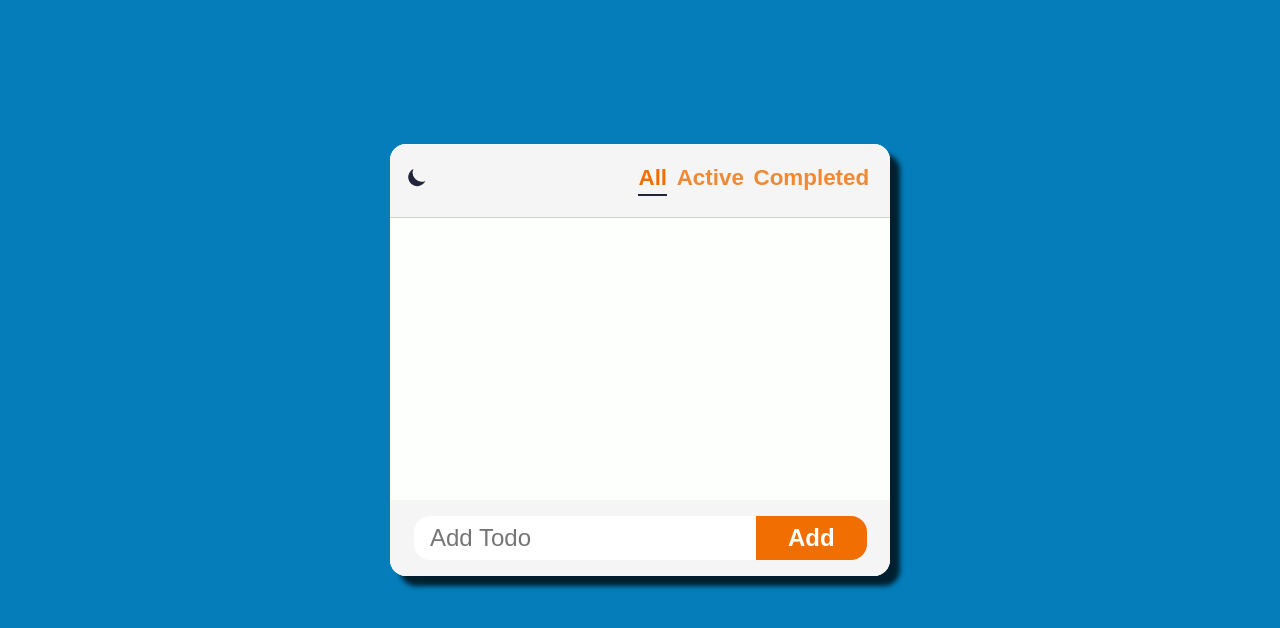
Repository: MrJinkyu/TodoList
Page: /
The author's editor kept a copy of each file at every save. The page is drawn from the files as they stood at one save, then again after the next save.
The browser window is 1280 px wide. The pictures show the whole page.
The project was rebuilt for these pictures with package versions that can differ from the ones it lists, and the page was loaded fresh each time. Also part of the build but not shown: src/components/Todo.module.css, src/components/Todo.jsx.

Above is the page before, as saved 2023-05-01 15:55:52.

### src/index.css
:root{
  --color-body: #047dba;
  --color-bg-dark:#f5f5f5;
  --color-bg: #fdfffd;
  --color-grey: #d1d1d1;
  --color-text: #22243b;
  --color-accent: #f16e03;
  --color-white: white;
  --color-scrollbar: #aaa7a7;
}

html.dark{
  --color-bg-dark: #1a1c35;
  --color-bg: #22243b;
  --color-grey: #4e4e4e;
  --color-text: #fdfffd;
}

*{
  box-sizing: border-box;
  padding: 0;
  margin: 0;
}

button{
  border: none;
  outline: none;
  cursor: pointer;
  background-color: transparent;
}

ul,li{
  list-style: none;
}

body {
  margin: 0;
  font-family: -apple-system, BlinkMacSystemFont, 'Segoe UI', 'Roboto', 'Oxygen',
    'Ubuntu', 'Cantarell', 'Fira Sans', 'Droid Sans', 'Helvetica Neue',
    sans-serif;
  -webkit-font-smoothing: antialiased;
  -moz-osx-font-smoothing: grayscale;
  width: 100vw;
  height: 100vh;
  display: flex;
  justify-content: center;
  align-items: center;
  background-color: var(--color-body);
  font-size: 1.2rem;
  accent-color: var(--color-accent);
}

#root{
  overflow: hidden;
  display: flex;
  flex-direction: column;
  width: 100%;
  height: 60%;
  max-width: 500px;
  background-color: var(--color-bg);
  border-radius: 1rem;
  box-shadow: 10px 10px 5px 0px rgba(0,0,0,0.75);
-webkit-box-shadow: 10px 10px 5px 0px rgba(0,0,0,0.75);
-moz-box-shadow: 10px 10px 5px 0px rgba(0,0,0,0.75);
}

code {
  font-family: source-code-pro, Menlo, Monaco, Consolas, 'Courier New',
    monospace;
}

::-webkit-scrollbar {
  width: 0.5rem
}

::-webkit-scrollbar-track {
  background-color: var(--color-bg-dark);
}

::-webkit-scrollbar-thumb {
  background-color: var(--color-scrollbar);
}

::-webkit-scrollbar-thumb:hover {
  background-color: var(--color-accent);
}

### src/App.js
import { useState } from "react";
import TodoList from "./components/TodoList";
import Header from "./components/Header";
import { DarkModeProvider } from "./context/DarkModeContext";

const filters = ['all', 'active', 'completed'];
function App() {
  const [filter, setFilter] = useState(filters[0]);
  return (
    <DarkModeProvider>
      <Header filters={filters} filter={filter} onFilterChange={setFilter}/>
      <TodoList filter={filter}/>
    </DarkModeProvider>
  );
}

export default App;

### src/components/TodoList.jsx
import React, { useEffect, useState } from 'react';
import AddTodo from './AddTodo';
import Todo from './Todo';
import styles from './TodoList.module.css';

export default function TodoList({filter}) {
    const [todos, setTodos] = useState(readTodo);
    const handleAdd = (todo) => {
        setTodos([...todos, todo]);
    }
    const handleUpdate = (updated) => {
        setTodos(todos.map((todo) => todo.id === updated.id ? updated : todo));
    }
    const handleDelete = (deleted) => {
        setTodos(todos.filter((todo) => todo.id !== deleted.id));
    }
    const filtered = getFilteredItems(todos, filter);

    useEffect(()=>{
        localStorage.setItem('todos',JSON.stringify(todos));
    },[todos]);
    return (
        <section className={styles.container}>
            <ul className={styles.list}>
                {filtered.map((item) => (
                    <Todo
                        key={item.id}
                        todo={item}
                        onUpdate={handleUpdate}
                        onDelete={handleDelete}
                    />
                ))}
            </ul>
            <AddTodo onAdd={handleAdd}/>
        </section>
    );
}

function getFilteredItems(todos, filter){
    if(filter === 'all'){
        return todos;
    }
    return todos.filter((todo) => todo.status === filter);
}

function readTodo(){
    const todos = localStorage.getItem('todos');
    return todos ? JSON.parse(todos) : [];
}

### src/components/Header.jsx
import React from 'react';
import styles from './Header.module.css';
import { useDarkMode } from '../context/DarkModeContext';
import { HiMoon, HiSun } from 'react-icons/hi';

export default function Header({filters, filter, onFilterChange}) {
    const {darkMode, toggleDarkMode} = useDarkMode();

    return (
        <header className={styles.header}>
            <button className={styles.toggle} onClick={toggleDarkMode}>
                {!darkMode && <HiMoon></HiMoon>}
                {darkMode && <HiSun></HiSun>}
            </button>
            <ul className={styles.filters}>
                {filters.map((value,index) => (
                    <li key={index}>
                        <button
                            onClick={() => onFilterChange(value)}
                            className={`${styles.filter} ${filter === value && styles.selected}`}
                        >
                            {value}
                        </button>
                    </li>
                ))}
            </ul>
        </header>
    );
}

### src/context/DarkModeContext.jsx
const { createContext, useState, useContext } = require("react");

const DarkModeContext = createContext();

export function DarkModeProvider({children}){
    const [darkMode, setDarkMode] = useState(false);
    const toggleDarkMode = () => {
        setDarkMode(!darkMode);
        updateDarkMode(!darkMode);
    }

    return (
        <DarkModeContext.Provider value={{darkMode, toggleDarkMode}}>
            {children}
        </DarkModeContext.Provider>
    )
}

export const useDarkMode = () => useContext(DarkModeContext);

function updateDarkMode(darkMode){
    if(darkMode){
        document.documentElement.classList.add('dark');
    }else{
        document.documentElement.classList.remove('dark');
    }
}

### src/components/AddTodo.jsx
import React, { useState } from 'react';
import {v4 as uuidv4} from 'uuid';
import styles from './AddTodo.module.css';

export default function AddTodo({onAdd}) {
    const [text, setText] = useState('');
    const handleChange = (e) => {
        setText(e.target.value);
    }
    const handleSubmit = (e) => {
        e.preventDefault();
        if(text.trim().length === 0){
            return ;
        }
        onAdd({ id: uuidv4(), text, status: 'active' });
        setText('');
    }
    return (
        <form className={styles.form} onSubmit={handleSubmit}>
            <input
                className={styles.input}
                type="text"
                value={text}
                onChange={handleChange}
                placeholder='Add Todo'
            />
            <button className={styles.button}>Add</button>
        </form>
    );
}

### src/components/TodoList.module.css
.container{
    height: 100%;
    display: flex;
    flex-direction: column;
    min-height: 0;
}

.list{
    flex: 1 1 auto;
    padding: 0.7rem 1rem;
    overflow-y: auto;
}

### src/components/Header.module.css
.header{
    background-color: var(--color-bg-dark);
    display: flex;
    justify-content: space-between;
    align-items: center;
    padding: 1rem;
    border-bottom: 1px solid var(--color-grey);
}

.toggle{
    font-size: 1.4rem;
    color: var(--color-text);
    transition: all 150ms ease-out;
}

.toggle:hover{
    color: var(--color-accent);
    transform: scale(1.1);
}

.filters{
    display: flex;
}

.filter{
    margin: 0.3rem;
    font-size: 1.4rem;
    color: var(--color-accent);
    font-weight: bold;
    opacity: 0.8;
    text-transform: capitalize;
}

.filter:hover,
.filter.selected{
    opacity: 1;
}

.filter.selected::after{
    content: '';
    display: block;
    margin-top: 0.2rem;
    border: 1px solid var(--color-text);
}

### src/components/AddTodo.module.css
.form{
    width: 100%;
    display: flex;
    padding: 1rem 1.5rem;
    background-color: var(--color-bg-dark);
}

.input{
    font-size: 1.5rem;
    border: none;
    outline: none;
    padding: 0.5rem 1rem;
    flex: 1 0 auto;
    border-top-left-radius: 1rem;
    border-bottom-left-radius: 1rem;
}

.button{
    padding: 0 2rem;
    font-size: 1.5rem;
    font-weight: bold;
    background-color: var(--color-accent);
    color: var(--color-white);
    border-top-right-radius: 1rem;
    border-bottom-right-radius: 1rem;
}

.button:hover{
    filter: brightness(125%);
}

Loaded but not shown: public/index.html (common file); src/index.js (common file); src/reportWebVitals.js (common file)

After the next save:
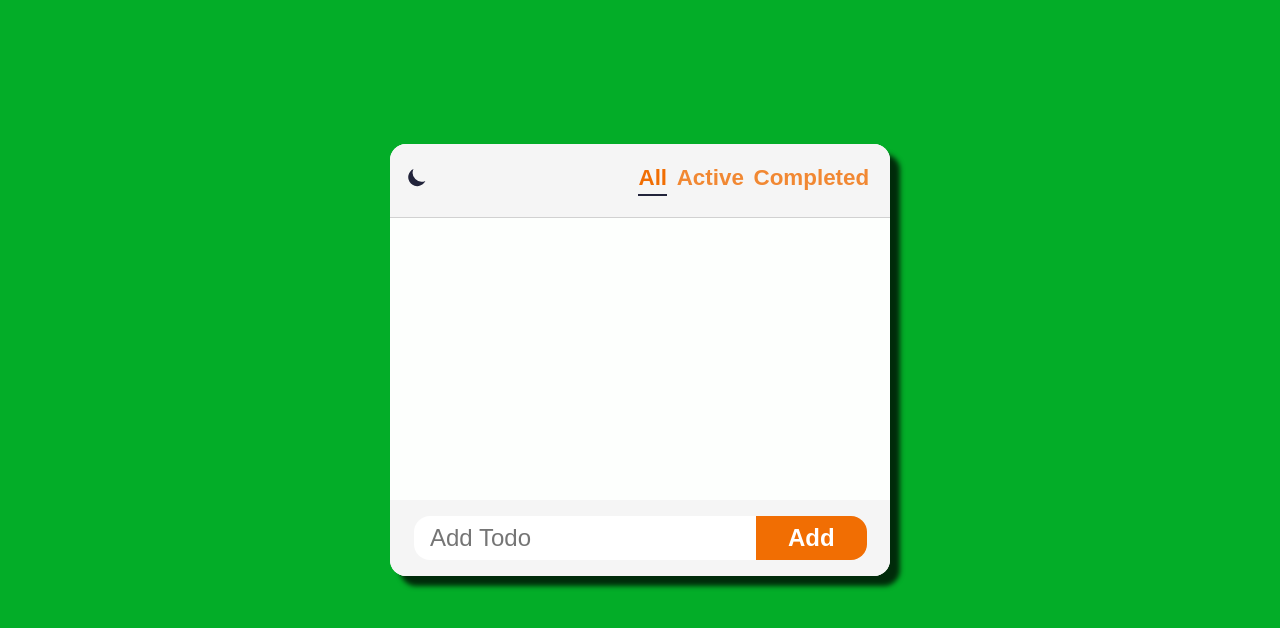
Saved 49 s later.
--- a/src/index.css
+++ b/src/index.css
@@ -1,5 +1,5 @@
 :root{
-  --color-body: #047dba;
+  --color-body: #03ad28;
   --color-bg-dark:#f5f5f5;
   --color-bg: #fdfffd;
   --color-grey: #d1d1d1;
